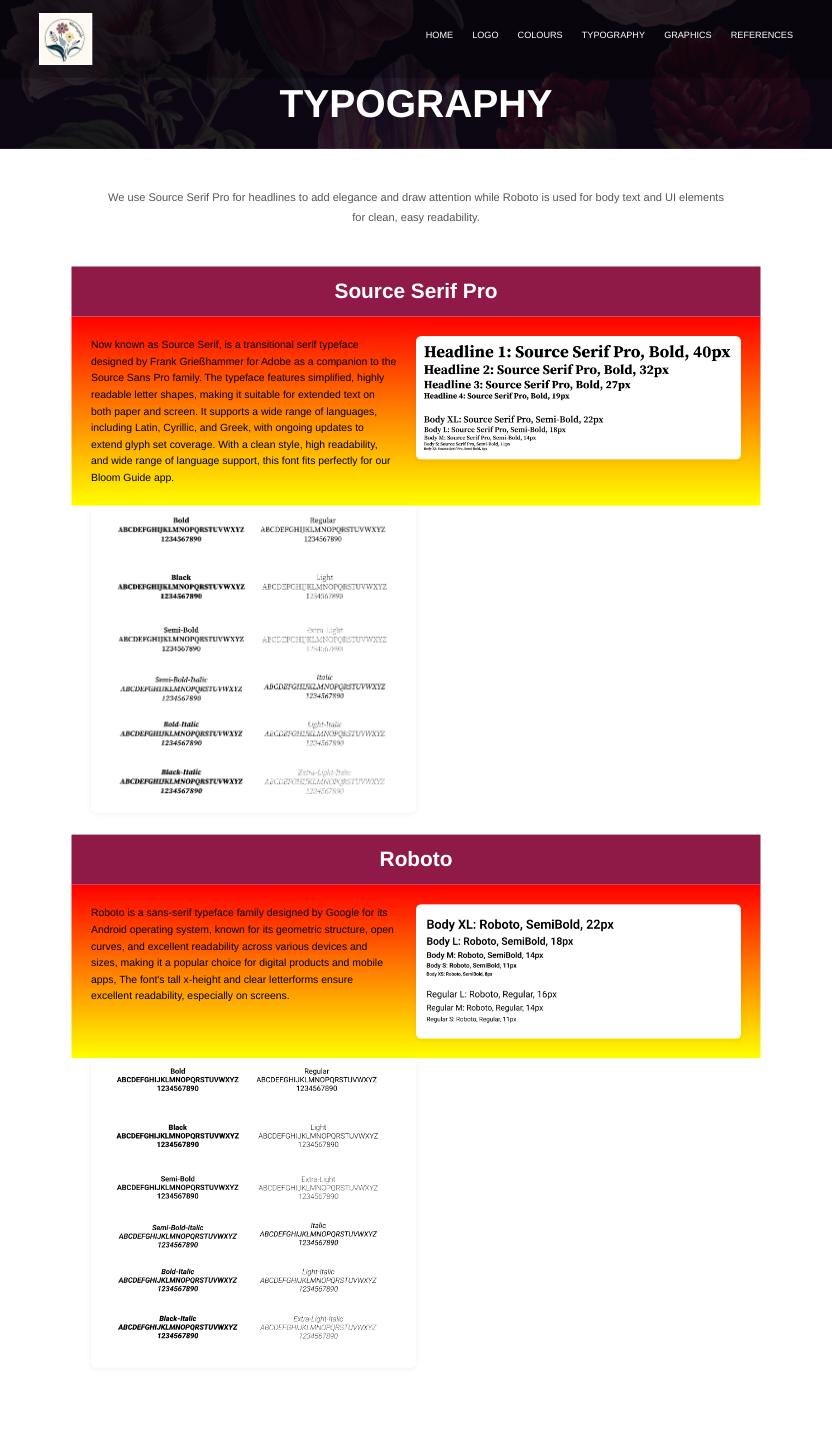
Repository: Emmalee06/styleguide-design2
Page: typography.html
An editor plug-in stored every save of this project. The page is shown before and after the next save, followed by the edit.
The browser window is 1280 px wide. The pictures show the whole page, at 65% of full size.

Above is the page before, as saved 2025-04-07 00:52:41.

### typography.html
<!DOCTYPE html>
<html lang="en">

<head>
    <meta charset="UTF-8" />
    <meta name="viewport" content="width=device-width, initial-scale=1.0" />
    <title>StyleGuide Design</title>
    <link rel="stylesheet" href="style.css" />
</head>

<body>
    <!-- Header with reduced height -->
    <section class="header small-header">
        <nav>
            <a href="index.html"><img src="images/logo.jpg" width="300" height="100" alt="Bloomguide logo" /></a>

            <div class="nav-links">
                <ul>
                    <li><a href="index.html">HOME</a></li>
                    <li><a href="logo.html">LOGO</a></li>
                    <li><a href="colours.html">COLOURS</a></li>
                    <li><a href="typography.html">TYPOGRAPHY</a></li>
                    <li><a href="graphics.html">GRAPHICS</a></li>
                    <li><a href="references.html">REFERENCES</a></li>
                </ul>
            </div>
        </nav>
        <h1>TYPOGRAPHY</h1>
    </section>

    <!-- TYPOGRAPHY CONTENT -->
    <section class="logo">
        <p>
            We use Source Serif Pro for headlines to add elegance and draw attention while Roboto is used for body text
            and UI elements for clean, easy readability.
        </p>
    </section>
    <section class="typography">
        <!-- Source Serif Section -->
        <div class="font-section">
            <div class="font-header">Source Serif Pro</div>

            <div class="font-content">
                <p>
                    Now known as Source Serif, is a transitional serif typeface designed by Frank Grießhammer for Adobe
                    as a companion to the Source Sans Pro family. The typeface features simplified, highly readable
                    letter shapes, making it suitable for extended text on both paper and screen. It supports a wide
                    range of languages, including Latin, Cyrillic, and Greek, with ongoing updates to extend glyph set
                    coverage. With a clean style, high readability, and wide range of language support, this font fits
                    perfectly for our Bloom Guide app.
                </p>
                <img src="images/Serif.jpeg" alt="Source Serif definition" />
            </div>
            <div class="font-image-row">
                <img src="images/serif-ex.png" alt="Source Serif example" />
            </div>

        </div>

        <!-- Roboto Section -->
        <div class="font-section">
            <div class="font-header">Roboto</div>

            <div class="font-content">
                <p>
                    Roboto is a sans-serif typeface family designed by Google for its Android operating system, known
                    for its geometric structure, open curves, and excellent readability across various devices and
                    sizes, making it a popular choice for digital products and mobile apps, The font's tall x-height and
                    clear letterforms ensure excellent readability, especially on screens.
                </p>
                <img src="images/Roboto.jpeg" alt="Roboto definition" />
            </div>
            <div class="font-image-row">
                <img src="images/roboto-ex.png" alt="Roboto example" />
            </div>

        </div>
    </section>
</body>

</html>

### style.css
* {
    margin: 0;
    padding: 0;
    box-sizing: border-box;
    font-family: 'Helvetica Neue', sans-serif;
}

.header {
    min-height: 100vh;
    width: 100%;
    background-image: linear-gradient(rgba(4, 9, 30, 0.6), rgba(4, 9, 30, 0.6)), url(images/background.png);
    background-size: cover;
    background-position: center;
    position: relative;
}

/* Nav bar */
nav {
    width: 100%;
    background-color: rgba(0, 0, 0, 0.3);
    padding: 20px 60px;
    overflow: hidden;
}

/* Logo on the left */
nav a img {
    float: left;
    height: 80px;
    width: auto;
}

/* Nav links on the right */
.nav-links {
    float: right;
    margin-top: 25px;
}

.nav-links ul {
    list-style: none;
}

.nav-links ul li {
    display: inline-block;
    margin-left: 25px;
}

.nav-links ul li a {
    text-decoration: none;
    color: white;
    font-size: 14px;
    font-weight: 500;
    position: relative;
}

.nav-links ul li::after {
    content: '';
    display: block;
    height: 2px;
    width: 0;
    background: #fcb6b6;
    transition: 0.4s;
    margin-top: 4px;
}

.nav-links ul li:hover::after {
    width: 100%;
}

.nav-links ul li a:hover {
    color: #fcb6b6;
}

.text-box h1 {
    font-size: 60px;
}

.text-box h2 {
    font-size: 36px;
    margin: 15px 0;
}

/*Home Content*/
.text-box {
    position: absolute;
    top: 55%;
    left: 50%;
    transform: translate(-50%, -50%);
    text-align: center;
    color: #fff;
}

.credits-wrapper {
    display: block;
    margin-top: 30px;
}

/* credits left-aligned within a centered container */
.credits {
    display: block;
    text-align: left;
    margin: 0 auto 20px auto;
    width: fit-content;
}

.credits p {
    font-size: 18px;
    color: #d3dae0;
    margin: 6px 0;
}

/* button under credits */
.start-btn {
    text-align: center;
}

.hero-btn {
    display: inline-block;
    text-decoration: none;
    color: #fff;
    border: 1px solid #fff;
    padding: 12px 30px;
    font-size: 14px;
    transition: 0.4s;
}

.hero-btn:hover {
    background-color: #8f1a47;
    border-color: #8f1a47;
}

/* logo content*/

.logo {
    max-width: 1000px;
    margin: 60px auto;
    padding: 0 20px;
}

.logo h1 {
    font-size: 50px;
    margin-bottom: 20px;
    color: #5a3f2f;
    text-align: center;
}

.logo p {
    font-size: 17px;
    margin-bottom: 40px;
    color: #555;
    text-align: center;
    line-height: 1.8;
}

.row {
    display: grid;
    grid-template-columns: repeat(auto-fit, minmax(220px, 1fr));
    gap: 30px;
}

.logo-col h3 {
    margin-bottom: 15px;
    font-size: 14px;
    color: #bc526c;
}

.logo-col img {
    max-width: 100%;
    height: auto;
    border-radius: 8px;
}

.logo-col {
    background-color: #fff;
    padding: 20px;
    border-radius: 12px;
    box-shadow: 0 2px 10px rgba(0, 0, 0, 0.05);
    text-align: center;
    transition: transform 0.3s ease, box-shadow 0.3s ease;
}

.logo-col:hover {
    transform: translateY(-10px);
    box-shadow: 0 12px 25px rgba(0, 0, 0, 0.1);
}

/* Make header shorter for this page */
.small-header {
    min-height: 10px;
}

/* 4 cards into one row */
.fixed-row {
    display: flex;
    justify-content: space-between;
    flex-wrap: nowrap;
    gap: 30px;
}

.logo h2 {
    font-size: 28px;
    color: #771f35;
    margin: 30px 0 15px;
    text-align: center;
}

.header.small-header h1 {
    position: relative;
    top: 50%;
    left: 50%;
    transform: translate(-50%, -50%);
    color: #fff;
    font-size: 60px;
    text-align: center;
    font-weight: bold;
    margin-top: 40px;
}


/*COLOURS PAGE*/
/* --- Main Container --- */
.colours {
    max-width: 1100px;
    margin: 60px auto;
    padding: 0 20px;
}

/* --- Headings --- */
.colours h1 {
    font-size: 23px;
    margin-top: 50px;
    margin-bottom: 15px;
    color: #3E0B0B;
    border-bottom: 2px solid #89576691;
    padding-bottom: 6px;
}

/* --- Paragraphs --- */
.colours p {
    font-size: 1rem;
    margin-bottom: 25px;
    line-height: 1.6;
}

/* --- Image Rows --- */
.image-row {
    display: flex;
    gap: 20px;
    margin-bottom: 40px;
    align-items: center;
}

/* --- Image Blocks --- */
.image-row img {
    width: 800px;
    height: auto;
    border-radius: 8px;
    box-shadow: 0 3px 12px rgba(0, 0, 0, 0.08);
    transition: transform 0.3s ease;
}

.image-row-small img {
    width: 100px;
    height: auto;
    border-radius: 8px;
    box-shadow: 0 3px 12px rgba(0, 0, 0, 0.08);
    transition: transform 0.3s ease;
}

.image-row img:hover {
    transform: scale(1.03);
}

.image-row-small img:hover {
    transform: scale(1.03);
}

/* --- Accessibility Section --- */
.accessibility-grid {
    display: grid;
    grid-template-columns: repeat(2, 1fr);
    gap: 30px;
    margin-top: 20px;
}

/* --- Individual Accessibility Cards --- */
.access-card {
    background: #fff;
    border-radius: 10px;
    padding: 20px;
    box-shadow: 0 6px 16px rgba(0, 0, 0, 0.05);
    transition: transform 0.3s ease;
}

.access-card h2 {
    font-size: 17px;
    color: #9b5861;
    margin-bottom: 10px;
}

.access-card p {
    font-size: 12px;
    line-height: 1.5;
    margin-bottom: 15px;
}

.access-card img {
    width: 70%;
    border-radius: 6px;
    box-shadow: 0 2px 8px rgba(0, 0, 0, 0.263);
}

.access-card:hover {
    transform: scale(1.03);
}


/*TYPOGRAPHY*/
/* Typography Section Wrapper */
.typography {
    max-width: 1100px;
    margin: 60px auto;
    padding: 0 20px;


}

.font-header {
    background-color: #8f1a47;
    color: white;
    font-size: 2rem;
    font-weight: bold;
    text-align: center;
    padding: 20px;
}

/* Font Content (Text + Image) */
.font-content {
    display: flex;
    justify-content: space-between;
    align-items: flex-start;
    padding: 30px;
    gap: 30px;
    background-image: linear-gradient(red, yellow);
}

/* Text Block */
.font-content p {
    width: 50%;
    font-size: 16px;
    line-height: 1.6;
}

/* Right-side definition image */
.font-content img {
    width: 50%;
    border-radius: 8px;
    box-shadow: 0 2px 10px rgba(0, 0, 0, 0.06);
}

/* Example image under text+image pair */
.font-image-row {
    padding: 0 30px 30px;
}

.font-image-row img {
    width: 500px;
    border-radius: 8px;
    box-shadow: 0 2px 10px rgba(0, 0, 0, 0.06);
}

After the next save:
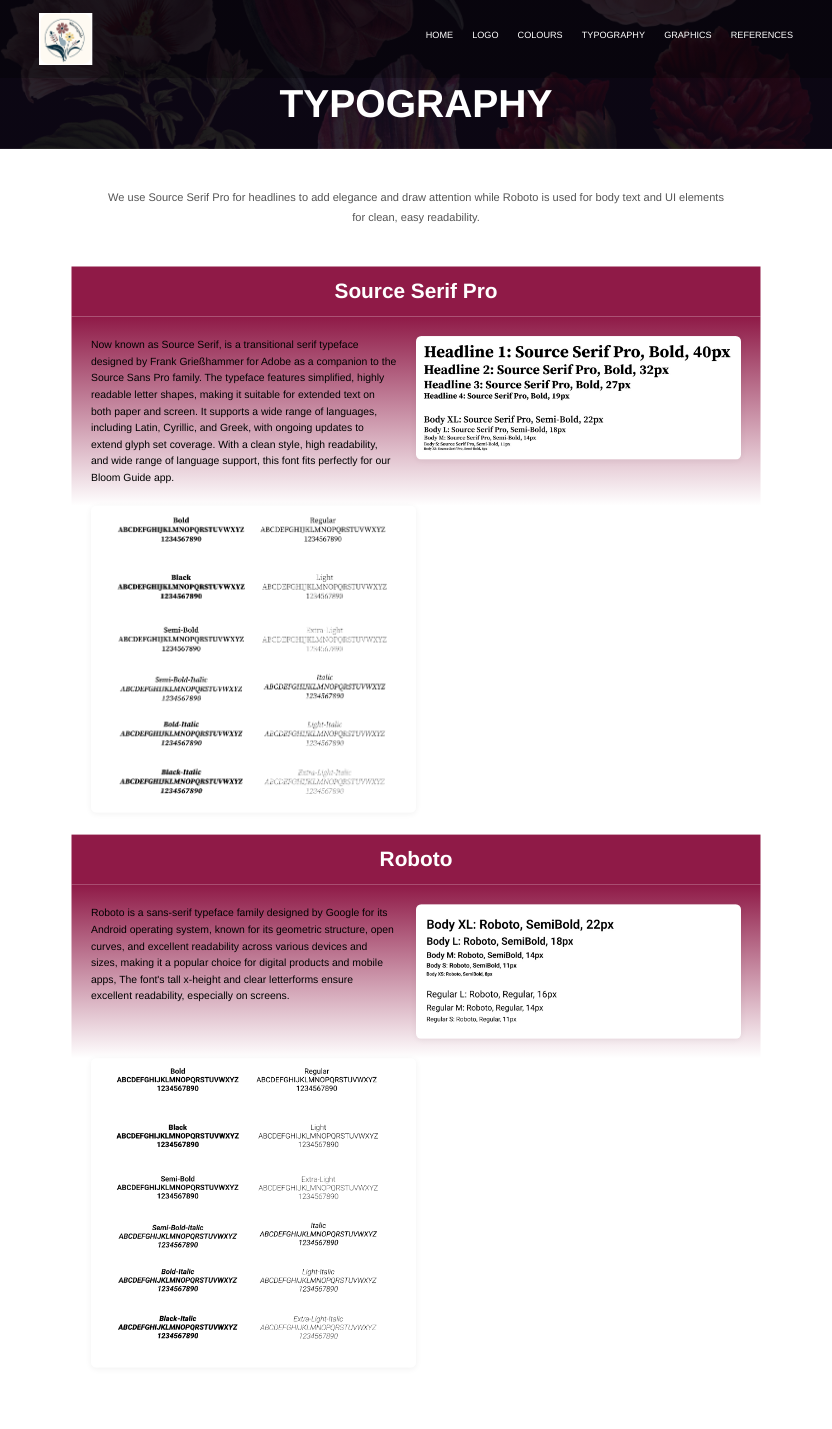
Saved 67 s later.
--- a/style.css
+++ b/style.css
@@ -340,7 +340,7 @@
     align-items: flex-start;
     padding: 30px;
     gap: 30px;
-    background-image: linear-gradient(red, yellow);
+    background-image: linear-gradient(#8f1a47, #8f1a4700);
 }
 
 /* Text Block */
